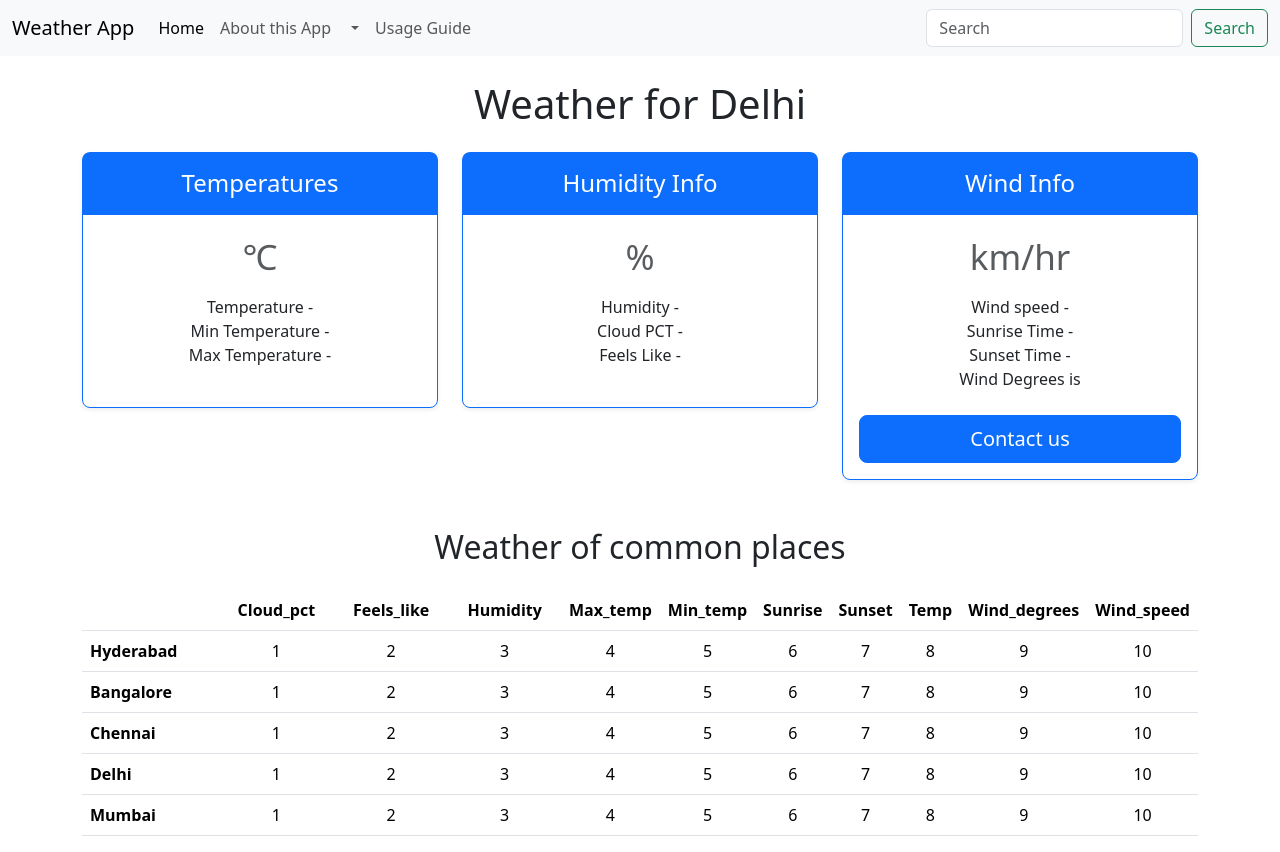
Repository: Abhilash2909/weather
Page: index.html
An editor plug-in stored every save of this project. The page is shown before and after the next save, followed by the edit.
The browser window is 1280 px wide. The pictures show the whole page.
The page's requests for data from a server got no answer.

Above is the page before, as saved 2024-02-11 17:17:16.

After the next save:
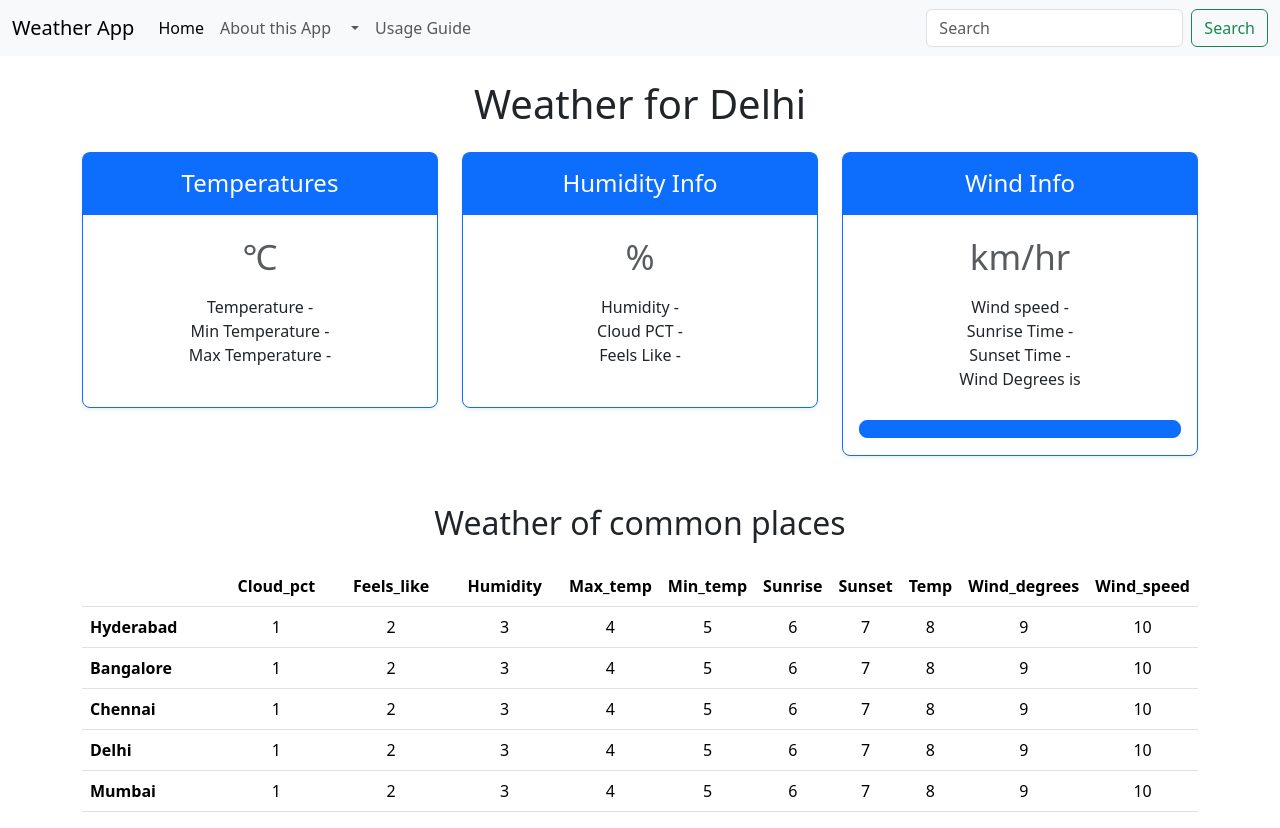
Saved 7 s later.
--- a/index.html
+++ b/index.html
@@ -92,7 +92,7 @@
                   <li>Sunset Time - <span id="sunset" ></span></li>
                   <li>Wind Degrees is <span id="wind_degrees" ></span></li>
                 </ul>
-                <button type="button" class="w-100 btn btn-lg btn-primary">Contact us</button>
+                <button type="button" class="w-100 btn btn-lg btn-primary"></button>
               </div>
             </div>
           </div>
